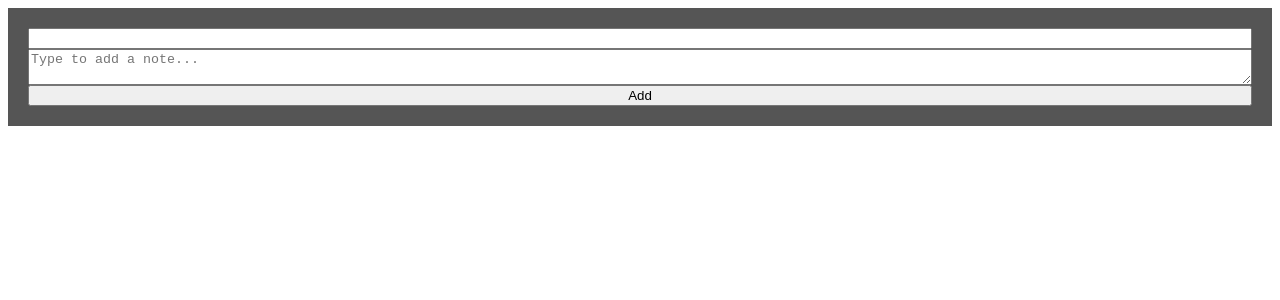
Repository: AJANI2005/Notes-App
Page: /
The author's editor kept a copy of each file at every save. The page is drawn from the files as they stood at one save, then again after the next save.
The browser window is 1280 px wide. The pictures show the whole page.
The project was rebuilt for these pictures with package versions that can differ from the ones it lists, and the page was loaded fresh each time. Also part of the build but not shown: vite.config.ts.

Above is the page before, as saved 2025-07-31 15:27:35.

After the next save:
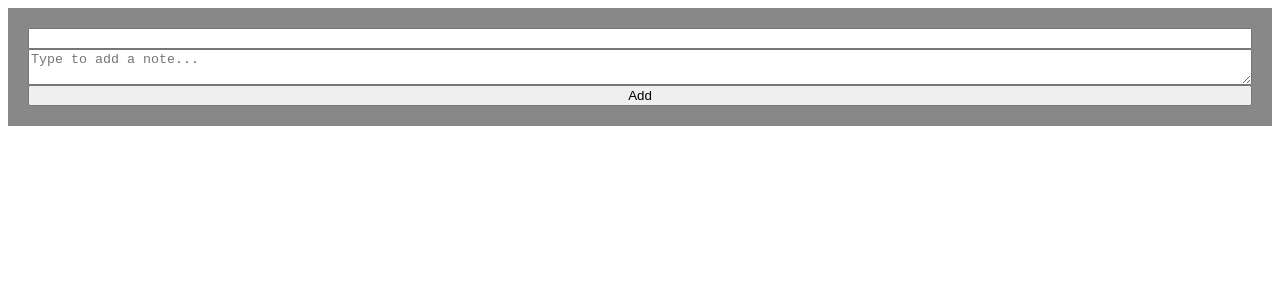
Saved 4 s later.
--- a/src/App.css
+++ b/src/App.css
@@ -2,5 +2,5 @@
   display: flex;
   flex-direction: column;
   padding: 20px;
-  background-color: #555;
+  background-color: #888;
 }
